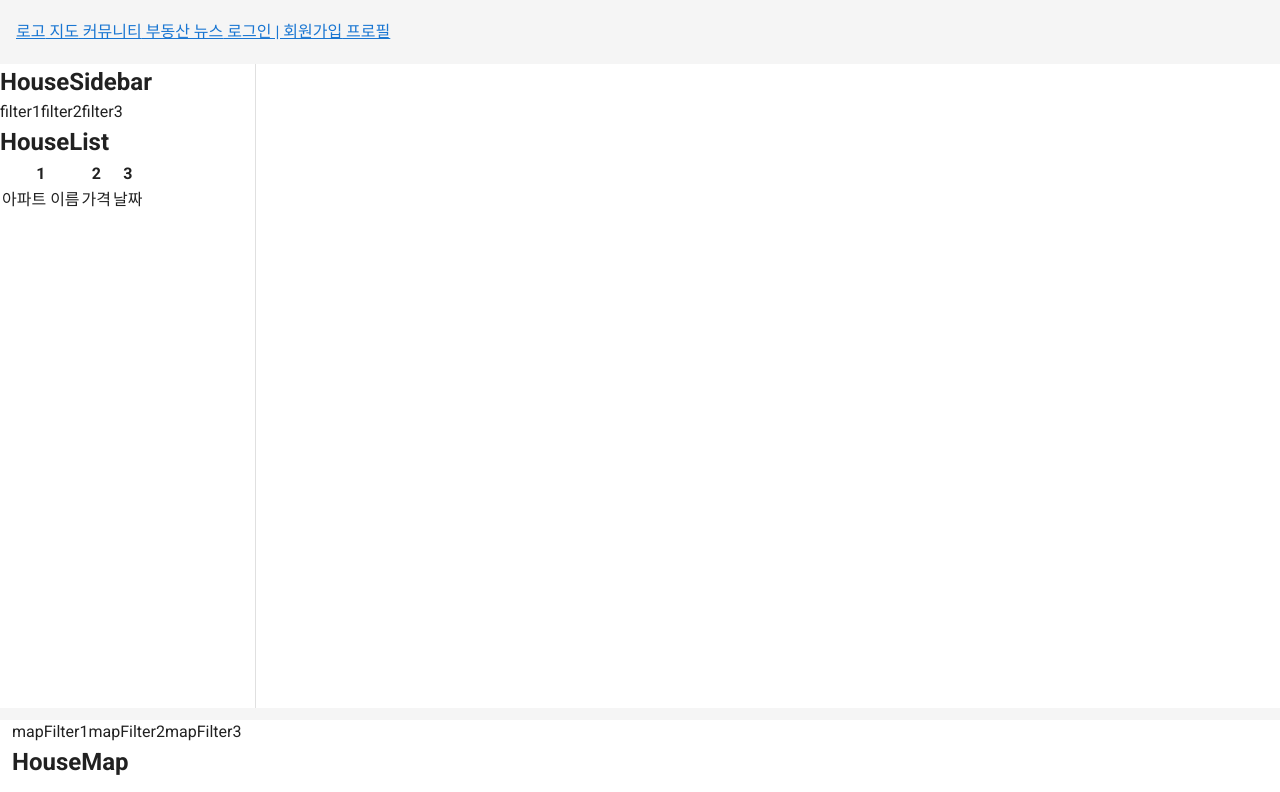
Repository: misso88/vue-whereIsMyHome
Page: /map
These files come from the project's save history. The page is drawn as it stood at one moment and after the next save; the edit follows.
The browser window is 1280 px wide. The pictures show the whole page.
The project was rebuilt for these pictures with package versions that can differ from the ones it lists, and the page was loaded fresh each time. Also part of the build but not shown: vue.config.js, src/views/AppMain.vue, src/views/AppNews.vue.

Above is the page before, as saved 2022-11-16 10:18:24.

### public/index.html
<!DOCTYPE html>
<html lang="en">
  <head>
    <meta charset="utf-8" />
    <meta http-equiv="X-UA-Compatible" content="IE=edge" />
    <meta name="viewport" content="width=device-width,initial-scale=1.0" />
    <link rel="icon" href="<%= BASE_URL %>favicon.ico" />
    <title><%= htmlWebpackPlugin.options.title %></title>
    <link
      rel="stylesheet"
      href="https://fonts.googleapis.com/css?family=Roboto:100,300,400,500,700,900"
    />
    <link
      rel="stylesheet"
      href="https://cdn.jsdelivr.net/npm/@mdi/font@latest/css/materialdesignicons.min.css"
    />
    <link
      rel="stylesheet"
      href="https://fonts.googleapis.com/css?family=Roboto:100,300,400,500,700,900"
    />
    <link
      rel="stylesheet"
      href="https://cdn.jsdelivr.net/npm/@mdi/font@latest/css/materialdesignicons.min.css"
    />
    <!-- <style>
      html{
        overflow-y: hidden !important;
      }
    </style> -->
  </head>
  <body>
    <noscript>
      <strong
        >We're sorry but <%= htmlWebpackPlugin.options.title %> doesn't work properly without
        JavaScript enabled. Please enable it to continue.</strong
      >
    </noscript>
    <div id="app"></div>
    <!-- built files will be auto injected -->
  </body>
</html>

### src/App.vue
<template>
  <v-app>
    <v-app-bar app elevation="0" >
      <the-header></the-header>
    </v-app-bar>
    <v-main>
      <router-view></router-view>
    </v-main>
    <v-footer app></v-footer>
  </v-app>
</template>

<script>
import TheHeader from "@/components/layout/TheHeader";

export default {
  name: "App",
  components: {
    TheHeader,
  },
};
</script>

### src/router/index.js
import Vue from 'vue'
import VueRouter from 'vue-router'

import AppMain from '@/views/AppMain'
import AppHouse from '@/views/AppHouse'
// import AppCommunity from '@/views/AppCommunity'
import AppNews from '@/views/AppNews'
// import AppMember from '@/views/AppMember'


Vue.use(VueRouter)

const routes = [
  {
    path: '/',
    name: 'main',
    component: AppMain
  },
  {
    path: '/map',
    name: 'map',
    component: AppHouse
  },
  {
    path: '/community',
    name: 'community',
    component: () => import("@/views/AppCommunity"),
    redirect: "/community/list",
    children: [
      {
        path: "list",
        name: "boardlist",
        component: () => import("@/components/board/BoardList")
      },
    ]
  },
  {
    path: '/news',
    name: 'news',
    component: AppNews
  },
  {
    path: '/member',
    name: 'member',
    component: () => import("@/views/AppMember"),
    children: [
      {
        path: "login",
        name: "login",
        component: () => import("@/components/member/MemberLogin")
      },
      {
        path: "join",
        name: "join",
        component: () => import("@/components/member/MemberJoin")
      },
    ]
  },
  {
    path: "/profile",
    name: "profile",
    component: () => import("@/views/TempProfile"),
    children: [
      {
        path: "mypage",
        name: "mypage",
        component: () => import("@/components/profile/ProfileMypage")
      },
      {
        path: "wishlist",
        name: "wishlist",
        component: () => import("@/components/profile/ProfileWishlist")
      },
      {
        path: "notice",
        name: "notice",
        component: () => import("@/components/profile/ProfileNotice")
      },
      {
        path: "helpcenter",
        name: "helpcenter",
        component: () => import("@/components/profile/ProfileHelpcenter")
      },
    ]
  },
]

const router = new VueRouter({
  mode: 'history',
  base: process.env.BASE_URL,
  routes
})

export default router

### src/store/index.js
import Vue from 'vue'
import Vuex from 'vuex'
import createPersistedState from "vuex-persistedstate";

Vue.use(Vuex)

export default new Vuex.Store({
  state: {
    type: null,
  },
  getters: {
  },
  mutations: {
    SET_TYPE (state, type) {
      state.type = type;
    },
  },
  actions: {
  },
  modules: {},
  plugins: [
    createPersistedState({
      // 브라우저 종료시 제거하기 위해 localStorage가 아닌 sessionStorage로 변경. (default: localStorage)
      storage: sessionStorage,
    }),
  ],

})

### src/components/layout/TheHeader.vue
<template>
  <div>
    <router-link :to="{ name: 'main' }" > 로고</router-link>
    <router-link :to="{ name: 'map'}" > 지도</router-link>
    <router-link :to="{ name: 'community'}" > 커뮤니티</router-link>
    <router-link :to="{ name: 'news'}" > 부동산 뉴스</router-link>
    <router-link :to="{ name: 'login'}" > 로그인 | 회원가입</router-link>
    <router-link :to="{ name: 'profile'}" > 프로필</router-link>
  </div>
</template>

<script>
export default {
    name: "TheHeader",
    data() {
        return {};
    }
}
</script>

<style>

</style>

### src/views/AppHouse.vue
<template>
  <v-con>
    <v-navigation-drawer permanent clipped>
      <house-sidebar></house-sidebar>
    </v-navigation-drawer>
    <v-container fluid>
      <house-map></house-map>
    </v-container>
  </v-con>
</template>

<script>
import HouseSidebar from "@/components/house/sidebar/HouseSidebar";
import HouseMap from "@/components/house/map/HouseMap";

export default {
  name: "AppHouse",
  components: {
    HouseSidebar,
    HouseMap
  }
};
</script>

<style>

</style>

### src/components/house/sidebar/HouseSidebar.vue
<template>
  <div>
    <h2>HouseSidebar</h2>
    <house-list-filter></house-list-filter>
    <house-list></house-list>
  </div>
</template>

<script>
import HouseList from "@/components/house/sidebar/HouseList";
import HouseListFilter from "@/components/house/sidebar/HouseListFilter";

export default {
    name: "HouseSidebar",
    components: {
        HouseList,
        HouseListFilter
    }
};
</script>

<style>

</style>

### src/components/house/map/HouseMap.vue
<template>
  <div>
    <house-map-filter></house-map-filter>
    <h2>HouseMap</h2>
  </div>
</template>

<script>
import HouseMapFilter from "@/components/house/map/HouseMapFilter";
export default {
    name: "HouseMap",
    components: {
        HouseMapFilter
    }
}
</script>

<style>

</style>

### src/components/house/sidebar/HouseList.vue
<template>
  <div>
    <h2>HouseList</h2>
    <table>
        <thead>
            <th>1</th>
            <th>2</th>
            <th>3</th>
        </thead>
        <house-list-item></house-list-item>
    </table>
    <house-detail></house-detail>
  </div>
</template>

<script>
import HouseListItem from "@/components/house/sidebar/HouseListItem";
export default {
    name: "HouseList",
    components: {
        HouseListItem
    },
};
</script>

<style>

</style>

### src/components/house/sidebar/HouseListFilter.vue
<template>
  <div>
    <button>filter1</button>
    <button>filter2</button>
    <button>filter3</button>
  </div>
</template>

<script>
export default {
    name: "HouseListFilter"
}
</script>

<style>

</style>

### src/components/house/map/HouseMapFilter.vue
<template>
  <div>
    <button>mapFilter1</button>
    <button>mapFilter2</button>
    <button>mapFilter3</button>
  </div>
</template>

<script>
export default {
    name: "HouseMapFilter"
}
</script>

<style>

</style>

### src/components/house/sidebar/HouseListItem.vue
<template>
  <tr>
    <td>아파트 이름</td>
    <td>가격</td>
    <td>날짜</td>
  </tr>
</template>

<script>
    export default {
        name: "HouseListItem",
    }
</script>

<style>

</style>

Loaded but not shown: src/main.js (common file); src/plugins/vuetify.js (common file)

After the next save:
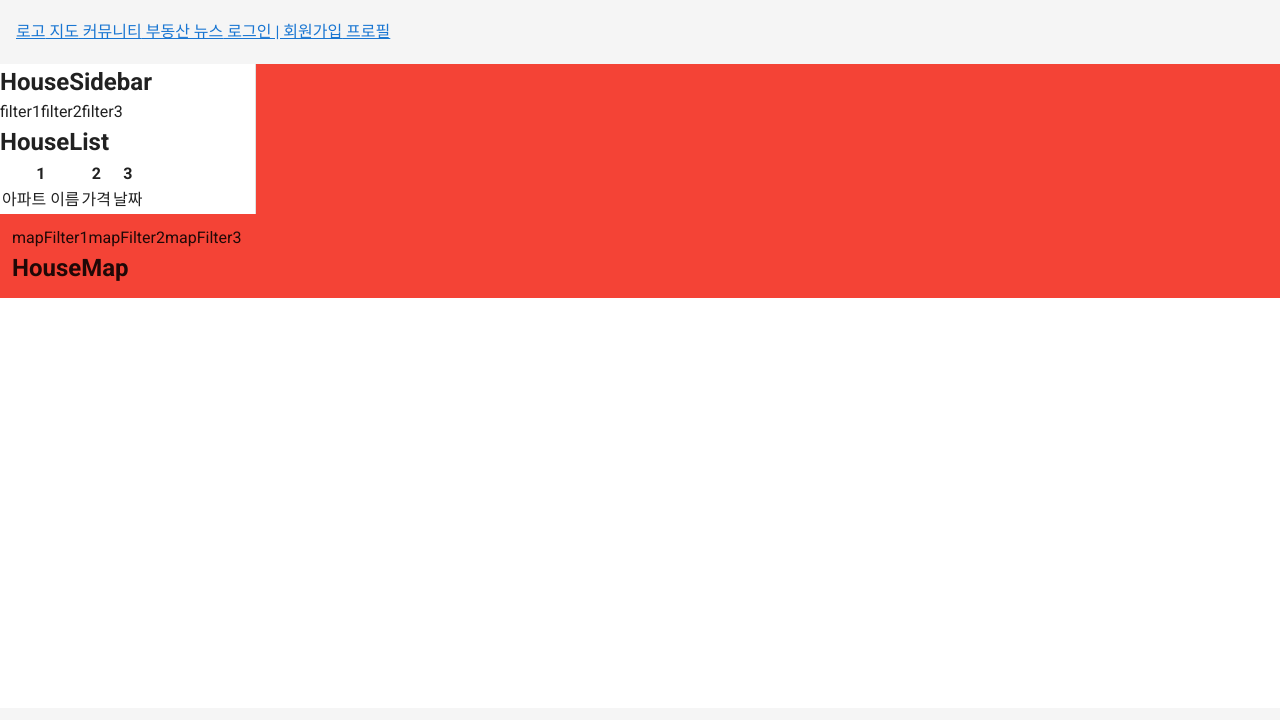
Saved 5 s later.
--- a/src/views/AppHouse.vue
+++ b/src/views/AppHouse.vue
@@ -1,12 +1,12 @@
 <template>
-  <v-con>
+  <div class="red">
     <v-navigation-drawer permanent clipped>
       <house-sidebar></house-sidebar>
     </v-navigation-drawer>
     <v-container fluid>
       <house-map></house-map>
     </v-container>
-  </v-con>
+  </div>
 </template>
 
 <script>
